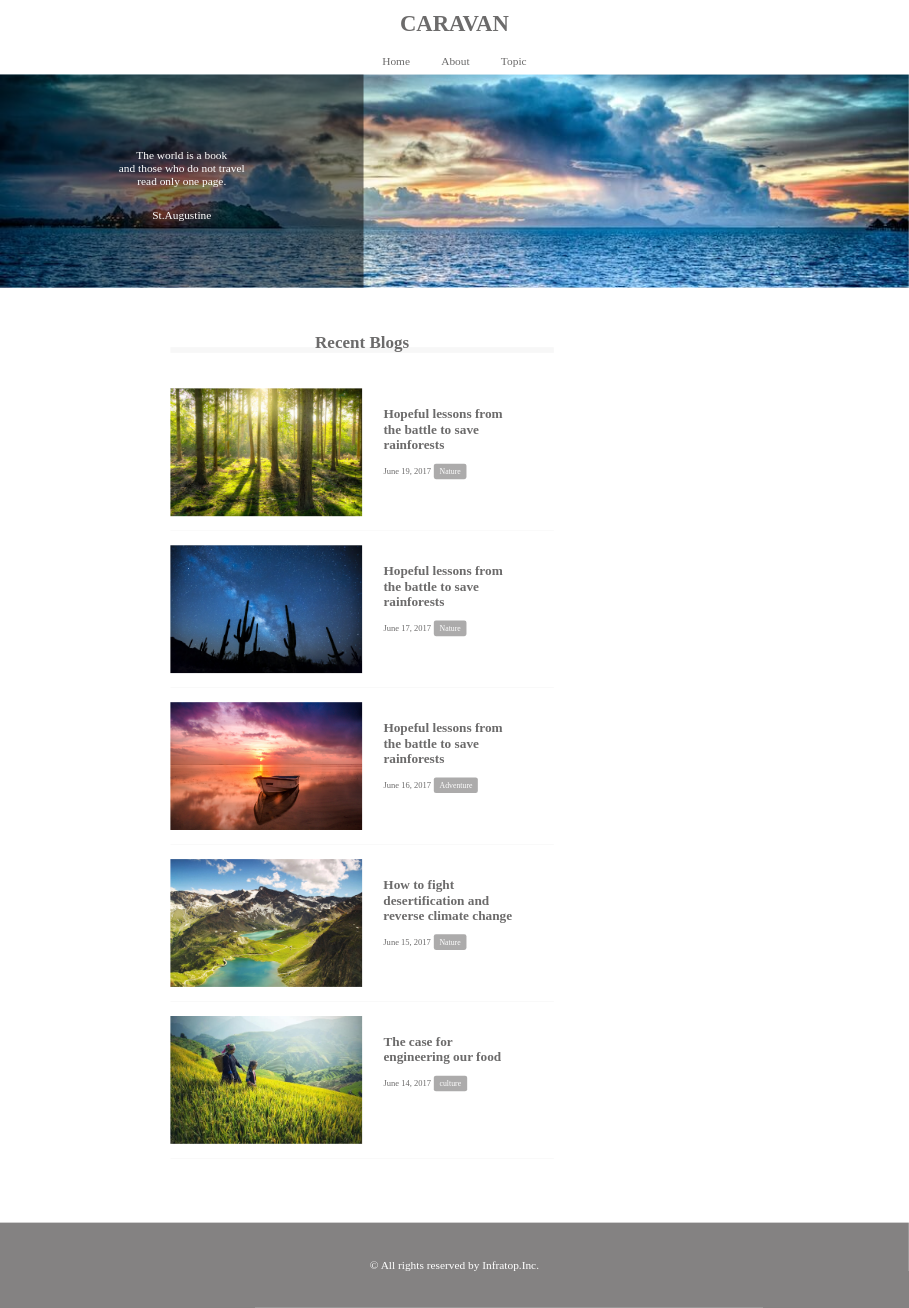
Repository: Raychel-310/chapter10
Page: chapter7/chapter7.html
The author's editor kept a record of every edit. The page is drawn from the files as they stood at one moment, then again after the next edit.
The browser window is 1280 px wide. The pictures show the whole page, at 71% of full size.

Above is the page before.

After the next edit:
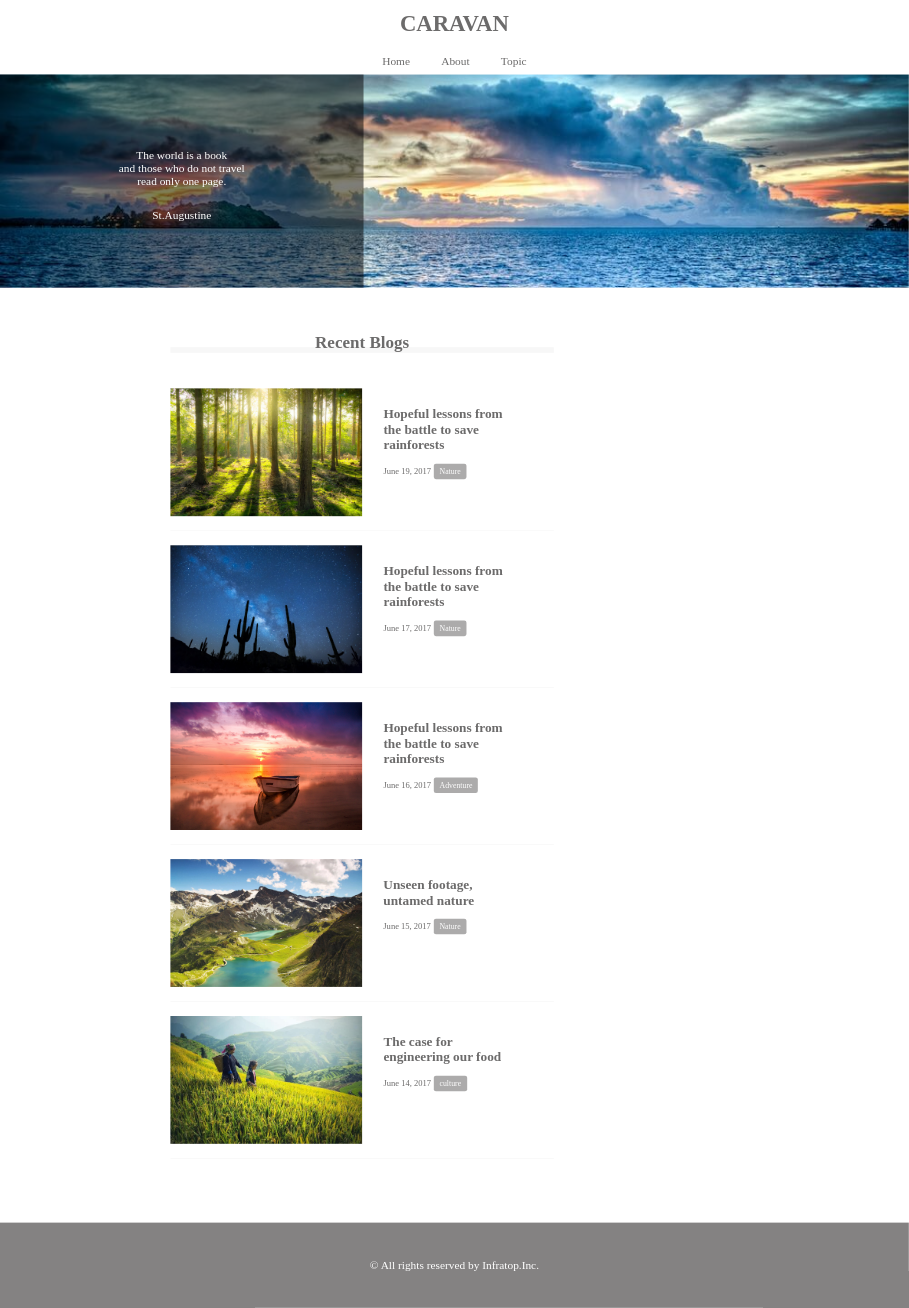
The edit:
--- a/chapter7/chapter7.html
+++ b/chapter7/chapter7.html
@@ -101,9 +101,8 @@
               <section class="blog-text">
               <h3 class="blog-text-heading">
                 <a href="single.html">
-                  How to fight<br>
-                  desertification and<br>
-                  reverse climate change
+                  Unseen footage,<br>
+                  untamed nature
                 </a>
               </h3>
               <p class="blog-date">June 15, 2017</p>
